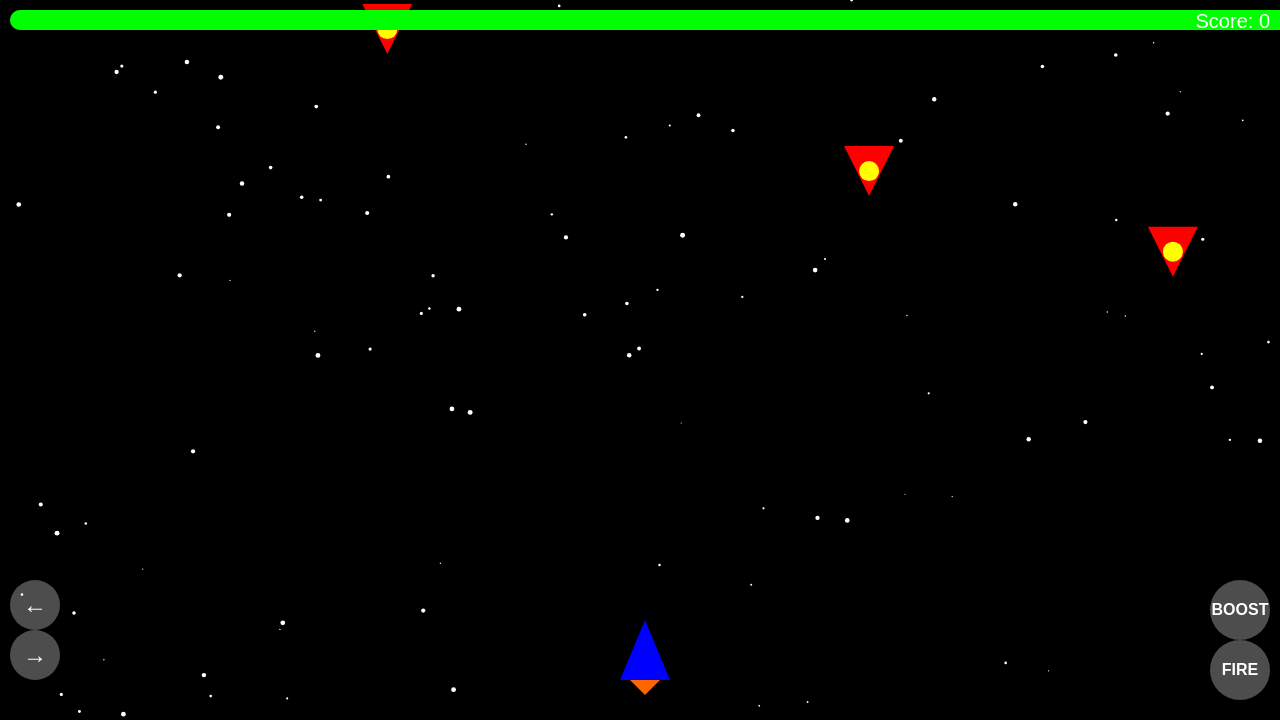
Repository: BiranOrundas/space-shooter
Page: space-shooter.html
The author's editor kept a copy of each file at every save. The page is drawn from the files as they stood at one save, then again after the next save.
The browser window is 1280 px wide. The pictures show the whole page.

Above is the page before, as saved 2025-03-13 13:13:19.

After the next save:
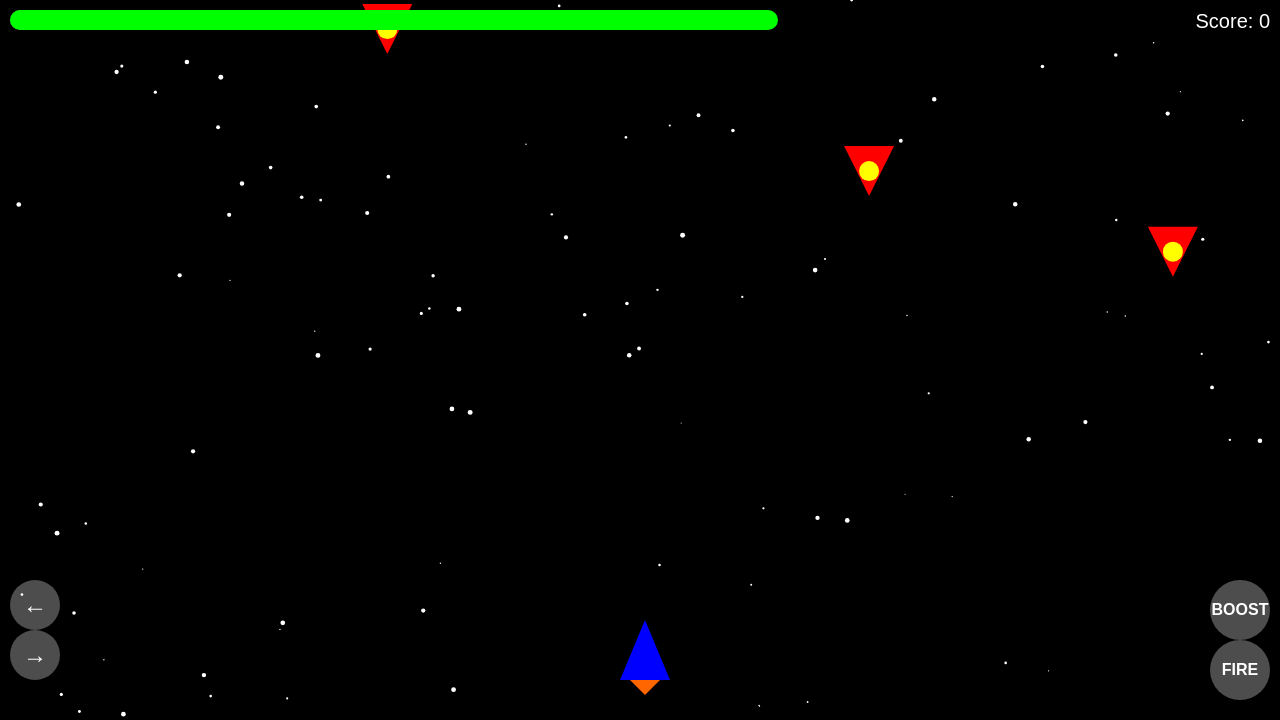
Saved 9 s later.
--- a/space-shooter.html
+++ b/space-shooter.html
@@ -75,7 +75,7 @@
       position: absolute;
       top: 10px;
       left: 10px;
-      width: 25vw;
+      width: 15%;
       height: 20px;
       background-color: rgba(255, 255, 255, 0.3);
       border-radius: 10px;
